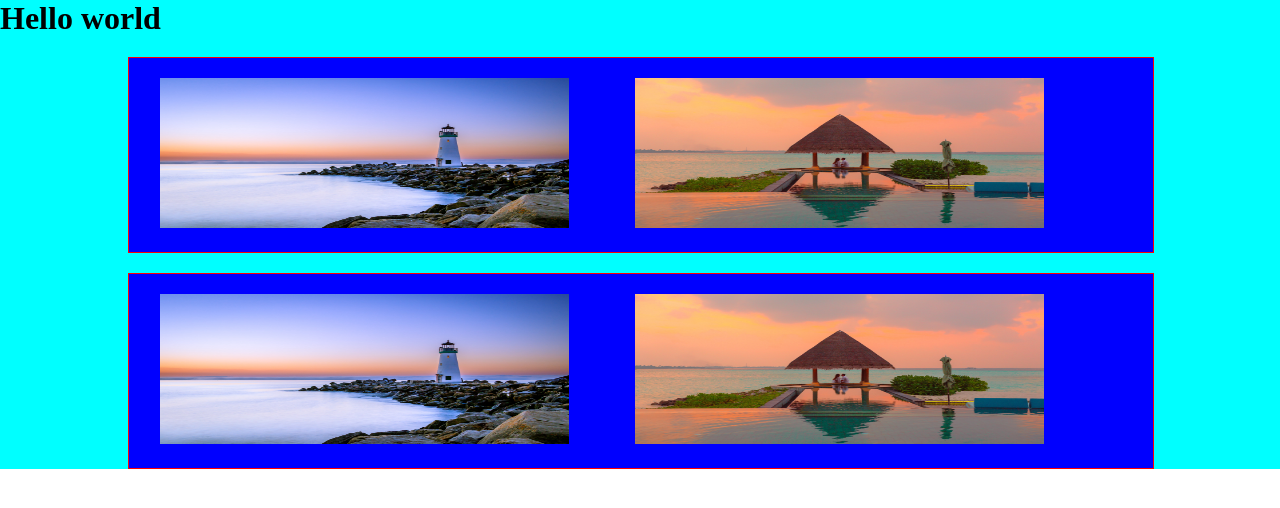
Repository: RPSKumara/DPEdudationPyhton
Page: ImageStyle/index.html
The author's editor kept a copy of each file at every save. The page is drawn from the files as they stood at one save, then again after a run of saves.
The browser window is 1280 px wide. The pictures show the whole page.

Above is the page before, as saved 2022-04-20 10:20:13.

After the next 2 saves:
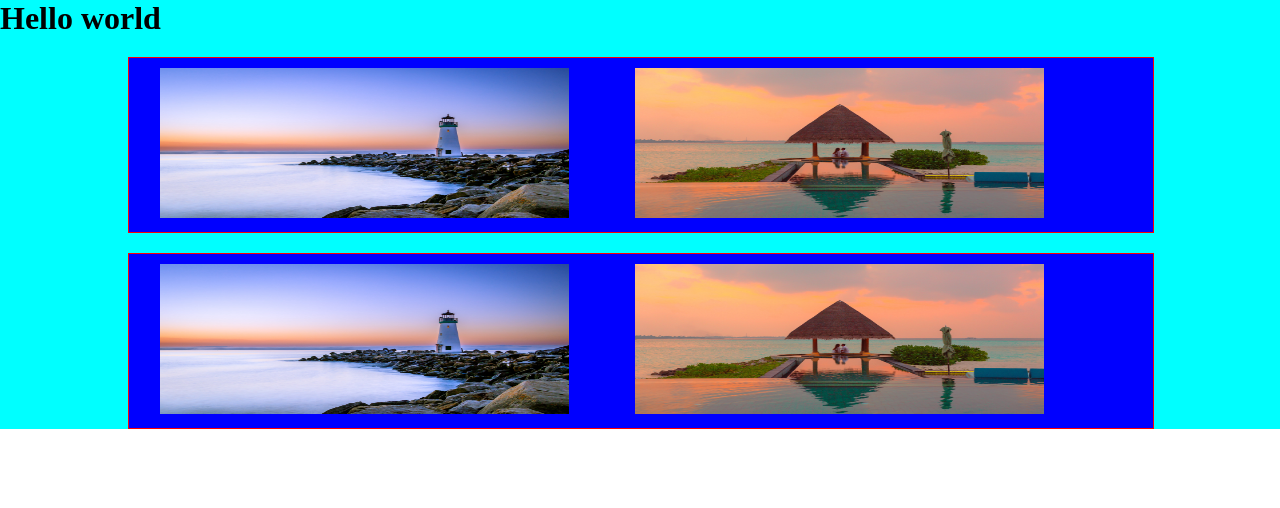
The 2 saves are shown as one change because they came seconds apart.
The last was saved 14 s later.
--- a/ImageStyle/style.css
+++ b/ImageStyle/style.css
@@ -15,7 +15,7 @@
 }
 .previewImg{
     width: 40%;
-    margin: 20px 3%;
+    margin: 10px 3%;
     max-height: 150px;
     min-height: 150px;
 }
